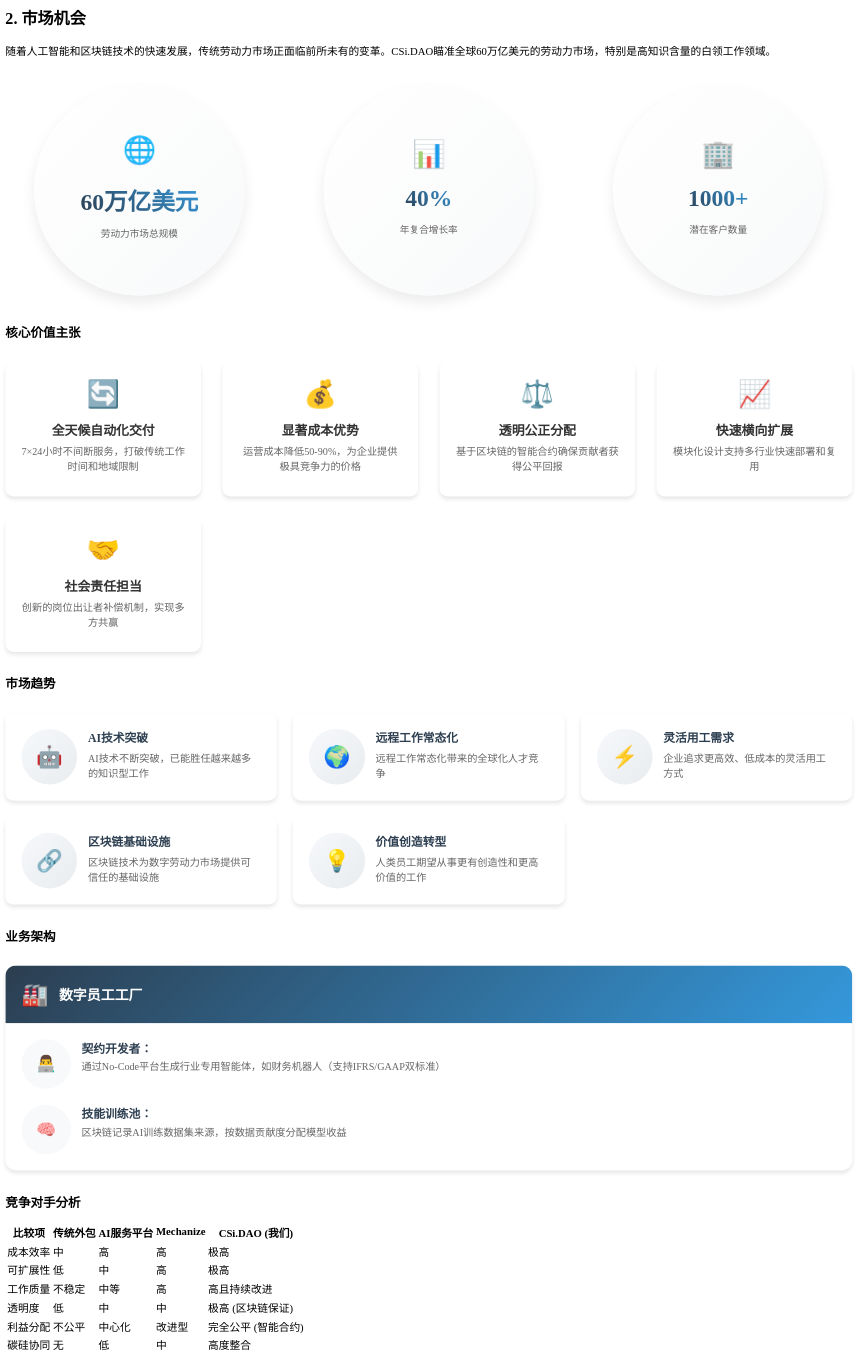
Repository: delez911/ainize
Page: static-site/src/components/market/market.html
These files come from the project's save history. The page is drawn as it stood at one moment and after the next save; the edit follows.
The browser window is 1280 px wide. The pictures show the whole page, at 67% of full size.

Above is the page before, as saved 2025-04-24 07:06:17.

### static-site/src/components/market/market.html
<section id="market" class="section">
  <div class="section-container">
    <h2 class="section-title">2. 市场机会</h2>
    <div class="content">
      <p>随着人工智能和区块链技术的快速发展，传统劳动力市场正面临前所未有的变革。CSi.DAO瞄准全球60万亿美元的劳动力市场，特别是高知识含量的白领工作领域。</p>

      <div class="market-container">
        <div class="market-circle">
          <div class="market-icon">🌐</div>
          <div class="market-value">60万亿美元</div>
          <p>劳动力市场总规模</p>
        </div>
        <div class="market-circle">
          <div class="market-icon">📊</div>
          <div class="market-value">40%</div>
          <p>年复合增长率</p>
        </div>
        <div class="market-circle">
          <div class="market-icon">🏢</div>
          <div class="market-value">1000+</div>
          <p>潜在客户数量</p>
        </div>
      </div>

      <h3>核心价值主张</h3>
      <div class="value-propositions">
        <div class="value-item">
          <div class="value-icon">🔄</div>
          <h4>全天候自动化交付</h4>
          <p>7×24小时不间断服务，打破传统工作时间和地域限制</p>
        </div>
        <div class="value-item">
          <div class="value-icon">💰</div>
          <h4>显著成本优势</h4>
          <p>运营成本降低50-90%，为企业提供极具竞争力的价格</p>
        </div>
        <div class="value-item">
          <div class="value-icon">⚖️</div>
          <h4>透明公正分配</h4>
          <p>基于区块链的智能合约确保贡献者获得公平回报</p>
        </div>
        <div class="value-item">
          <div class="value-icon">📈</div>
          <h4>快速横向扩展</h4>
          <p>模块化设计支持多行业快速部署和复用</p>
        </div>
        <div class="value-item">
          <div class="value-icon">🤝</div>
          <h4>社会责任担当</h4>
          <p>创新的岗位出让者补偿机制，实现多方共赢</p>
        </div>
      </div>

      <h3>市场趋势</h3>
      <div class="trends-container">
        <div class="trend-item">
          <div class="trend-icon">🤖</div>
          <div class="trend-content">
            <h4>AI技术突破</h4>
            <p>AI技术不断突破，已能胜任越来越多的知识型工作</p>
          </div>
        </div>
        <div class="trend-item">
          <div class="trend-icon">🌍</div>
          <div class="trend-content">
            <h4>远程工作常态化</h4>
            <p>远程工作常态化带来的全球化人才竞争</p>
          </div>
        </div>
        <div class="trend-item">
          <div class="trend-icon">⚡</div>
          <div class="trend-content">
            <h4>灵活用工需求</h4>
            <p>企业追求更高效、低成本的灵活用工方式</p>
          </div>
        </div>
        <div class="trend-item">
          <div class="trend-icon">🔗</div>
          <div class="trend-content">
            <h4>区块链基础设施</h4>
            <p>区块链技术为数字劳动力市场提供可信任的基础设施</p>
          </div>
        </div>
        <div class="trend-item">
          <div class="trend-icon">💡</div>
          <div class="trend-content">
            <h4>价值创造转型</h4>
            <p>人类员工期望从事更有创造性和更高价值的工作</p>
          </div>
        </div>
      </div>

      <h3>业务架构</h3>
      <div class="business-architecture">
        <div class="architecture-card">
          <div class="architecture-header">
            <div class="architecture-icon">🏭</div>
            <h4>数字员工工厂</h4>
          </div>
          <div class="architecture-content">
            <div class="feature-item">
              <div class="feature-icon">👨‍💻</div>
              <div class="feature-text">
                <strong>契约开发者：</strong>
                <p>通过No-Code平台生成行业专用智能体，如财务机器人（支持IFRS/GAAP双标准）</p>
              </div>
            </div>
            <div class="feature-item">
              <div class="feature-icon">🧠</div>
              <div class="feature-text">
                <strong>技能训练池：</strong>
                <p>区块链记录AI训练数据集来源，按数据贡献度分配模型收益</p>
              </div>
            </div>
          </div>
        </div>
      </div>

      <h3>竞争对手分析</h3>
      <table>
        <tr>
          <th>比较项</th>
          <th>传统外包</th>
          <th>AI服务平台</th>
          <th>Mechanize</th>
          <th>CSi.DAO (我们)</th>
        </tr>
        <tr>
          <td>成本效率</td>
          <td>中</td>
          <td>高</td>
          <td>高</td>
          <td>极高</td>
        </tr>
        <tr>
          <td>可扩展性</td>
          <td>低</td>
          <td>中</td>
          <td>高</td>
          <td>极高</td>
        </tr>
        <tr>
          <td>工作质量</td>
          <td>不稳定</td>
          <td>中等</td>
          <td>高</td>
          <td>高且持续改进</td>
        </tr>
        <tr>
          <td>透明度</td>
          <td>低</td>
          <td>中</td>
          <td>中</td>
          <td>极高 (区块链保证)</td>
        </tr>
        <tr>
          <td>利益分配</td>
          <td>不公平</td>
          <td>中心化</td>
          <td>改进型</td>
          <td>完全公平 (智能合约)</td>
        </tr>
        <tr>
          <td>碳硅协同</td>
          <td>无</td>
          <td>低</td>
          <td>中</td>
          <td>高度整合</td>
        </tr>
      </table>
    </div>
  </div>
</section>

<style>
.value-propositions {
  display: grid;
  grid-template-columns: repeat(auto-fit, minmax(250px, 1fr));
  gap: 2rem;
  margin: 2rem 0;
}

.value-item {
  background: white;
  border-radius: 12px;
  padding: 1.5rem;
  box-shadow: 0 4px 6px rgba(0, 0, 0, 0.1);
  transition: transform 0.3s ease, box-shadow 0.3s ease;
  text-align: center;
}

.value-item:hover {
  transform: translateY(-5px);
  box-shadow: 0 8px 12px rgba(0, 0, 0, 0.15);
}

.value-icon {
  font-size: 2.5rem;
  margin-bottom: 1rem;
}

.value-item h4 {
  color: #333;
  margin: 0.5rem 0;
  font-size: 1.2rem;
  font-weight: 600;
}

.value-item p {
  color: #666;
  margin: 0.5rem 0;
  font-size: 0.95rem;
  line-height: 1.5;
}

.market-container {
  display: flex;
  justify-content: space-around;
  flex-wrap: wrap;
  gap: 2rem;
  margin: 2.5rem 0;
}

.market-circle {
  background: linear-gradient(135deg, #ffffff, #f8f9fa);
  border-radius: 50%;
  width: 250px;
  height: 250px;
  padding: 2rem;
  text-align: center;
  display: flex;
  flex-direction: column;
  justify-content: center;
  align-items: center;
  box-shadow: 0 10px 20px rgba(0, 0, 0, 0.08);
  transition: transform 0.3s ease, box-shadow 0.3s ease;
  position: relative;
  overflow: hidden;
}

.market-circle:hover {
  transform: translateY(-10px) scale(1.05);
  box-shadow: 0 15px 30px rgba(0, 0, 0, 0.12);
}

.market-icon {
  font-size: 2.5rem;
  margin-bottom: 1rem;
  opacity: 0.9;
}

.market-value {
  font-size: 2.2rem;
  font-weight: 700;
  color: #2c3e50;
  margin: 0.5rem 0;
  background: linear-gradient(45deg, #2c3e50, #3498db);
  -webkit-background-clip: text;
  -webkit-text-fill-color: transparent;
}

.market-circle p {
  color: #666;
  font-size: 0.9rem;
  line-height: 1.4;
  margin: 0.5rem 0;
  padding: 0 1rem;
}

/* 响应式设计 */
@media (max-width: 768px) {
  .market-container {
    flex-direction: column;
    align-items: center;
  }

  .market-circle {
    width: 200px;
    height: 200px;
  }
}

/* 添加装饰性背景元素 */
.market-circle::before {
  content: '';
  position: absolute;
  top: -50%;
  left: -50%;
  width: 200%;
  height: 200%;
  background: radial-gradient(circle, rgba(255,255,255,0.8) 0%, rgba(255,255,255,0) 70%);
  opacity: 0;
  transition: opacity 0.3s ease;
  pointer-events: none;
}

.market-circle:hover::before {
  opacity: 1;
}

/* 市场趋势样式 */
.trends-container {
  display: grid;
  grid-template-columns: repeat(auto-fit, minmax(300px, 1fr));
  gap: 1.5rem;
  margin: 2rem 0;
}

.trend-item {
  background: white;
  border-radius: 12px;
  padding: 1.5rem;
  display: flex;
  align-items: flex-start;
  gap: 1rem;
  box-shadow: 0 4px 6px rgba(0, 0, 0, 0.1);
  transition: transform 0.3s ease, box-shadow 0.3s ease;
}

.trend-item:hover {
  transform: translateY(-5px);
  box-shadow: 0 8px 15px rgba(0, 0, 0, 0.1);
}

.trend-icon {
  font-size: 2rem;
  background: linear-gradient(135deg, #f6f8fc, #e9ecef);
  padding: 0.8rem;
  border-radius: 50%;
  min-width: 3.6rem;
  height: 3.6rem;
  display: flex;
  align-items: center;
  justify-content: center;
}

.trend-content {
  flex: 1;
}

.trend-content h4 {
  color: #2c3e50;
  margin: 0 0 0.5rem 0;
  font-size: 1.1rem;
}

.trend-content p {
  color: #666;
  margin: 0;
  font-size: 0.95rem;
  line-height: 1.5;
}

/* 业务架构样式 */
.business-architecture {
  margin: 2rem 0;
}

.architecture-card {
  background: white;
  border-radius: 16px;
  overflow: hidden;
  box-shadow: 0 4px 6px rgba(0, 0, 0, 0.1);
}

.architecture-header {
  background: linear-gradient(135deg, #2c3e50, #3498db);
  color: white;
  padding: 1.5rem;
  display: flex;
  align-items: center;
  gap: 1rem;
}

.architecture-icon {
  font-size: 2rem;
}

.architecture-header h4 {
  margin: 0;
  font-size: 1.3rem;
}

.architecture-content {
  padding: 1.5rem;
}

.feature-item {
  display: flex;
  gap: 1rem;
  margin-bottom: 1.5rem;
}

.feature-item:last-child {
  margin-bottom: 0;
}

.feature-icon {
  font-size: 1.5rem;
  background: #f8f9fa;
  padding: 0.8rem;
  border-radius: 50%;
  min-width: 3rem;
  height: 3rem;
  display: flex;
  align-items: center;
  justify-content: center;
}

.feature-text {
  flex: 1;
}

.feature-text strong {
  color: #2c3e50;
  font-size: 1.1rem;
  display: block;
  margin-bottom: 0.3rem;
}

.feature-text p {
  color: #666;
  margin: 0;
  font-size: 0.95rem;
  line-height: 1.5;
}

/* 响应式设计 */
@media (max-width: 768px) {
  .trends-container {
    grid-template-columns: 1fr;
  }

  .trend-item {
    padding: 1.2rem;
  }

  .architecture-card {
    margin: 0 -1rem;
    border-radius: 0;
  }
}
</style>

After the next save:
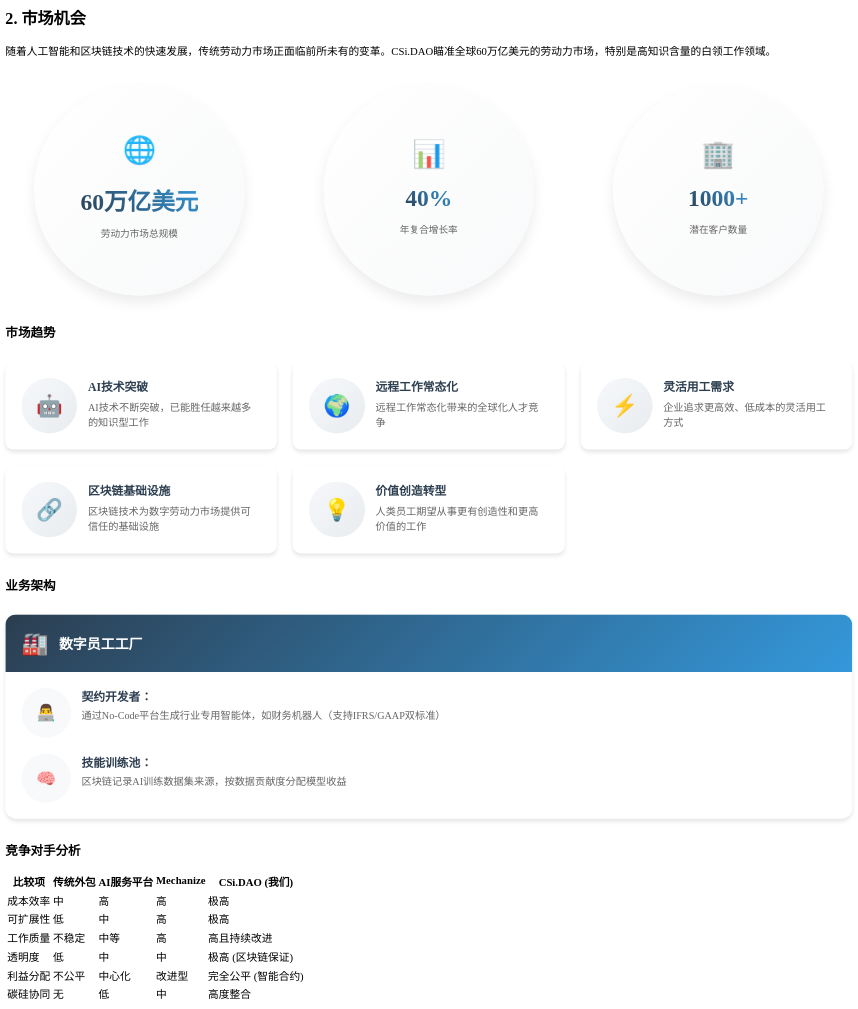
Saved 41 s later.
--- a/static-site/src/components/market/market.html
+++ b/static-site/src/components/market/market.html
@@ -19,35 +19,6 @@
           <div class="market-icon">🏢</div>
           <div class="market-value">1000+</div>
           <p>潜在客户数量</p>
-        </div>
-      </div>
-
-      <h3>核心价值主张</h3>
-      <div class="value-propositions">
-        <div class="value-item">
-          <div class="value-icon">🔄</div>
-          <h4>全天候自动化交付</h4>
-          <p>7×24小时不间断服务，打破传统工作时间和地域限制</p>
-        </div>
-        <div class="value-item">
-          <div class="value-icon">💰</div>
-          <h4>显著成本优势</h4>
-          <p>运营成本降低50-90%，为企业提供极具竞争力的价格</p>
-        </div>
-        <div class="value-item">
-          <div class="value-icon">⚖️</div>
-          <h4>透明公正分配</h4>
-          <p>基于区块链的智能合约确保贡献者获得公平回报</p>
-        </div>
-        <div class="value-item">
-          <div class="value-icon">📈</div>
-          <h4>快速横向扩展</h4>
-          <p>模块化设计支持多行业快速部署和复用</p>
-        </div>
-        <div class="value-item">
-          <div class="value-icon">🤝</div>
-          <h4>社会责任担当</h4>
-          <p>创新的岗位出让者补偿机制，实现多方共赢</p>
         </div>
       </div>
 
